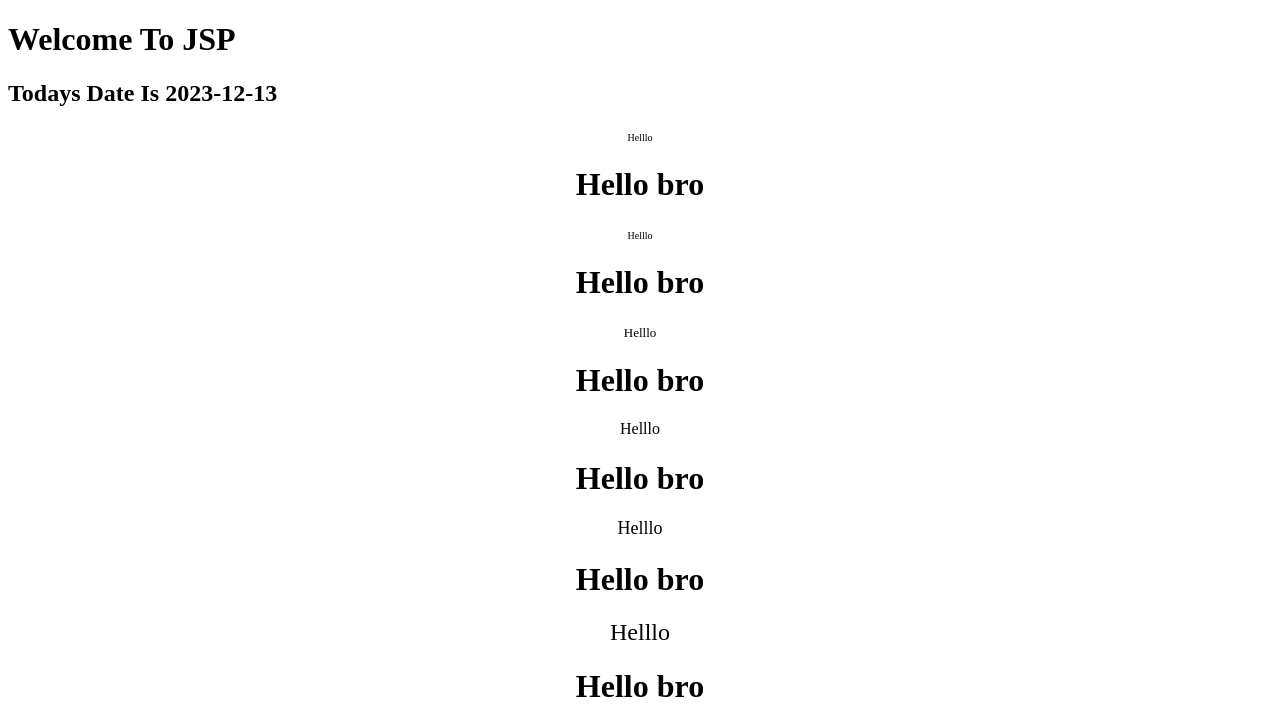
Repository: yashdpatil/Advanced_java
Page: http://localhost/MVC/Hello.jsp
The author's editor kept a copy of each file at every save. The page is drawn from the files as they stood at one save, then again after the next save.
The browser window is 1280 px wide. The pictures show the whole page.
The page is served by Tomcat 9. Other server files are loaded and not shown.

Above is the page before, as saved 2023-12-14 04:44:58.

### MVC/src/main/webapp/Hello.jsp
<%@page import="java.time.LocalDate"%>
<%@ page language="java" contentType="text/html; charset=ISO-8859-1"
    pageEncoding="ISO-8859-1"%>
<!DOCTYPE html>
<html>
<head>
<meta charset="ISO-8859-1">
<title>Insert title here</title>
</head>
<body>
<h1>Welcome To JSP</h1>
<% LocalDate date = LocalDate.now(); %>
<h2> Todays Date Is <%= date %></h2>

<center>
<%
for(int i =0;i<6;i++){
%>
<font size="<%= i %>">Helllo</font><br />
<h1> Hello bro</h1>
<%
}
%>
</center>

</body>
</html>

After the next save:
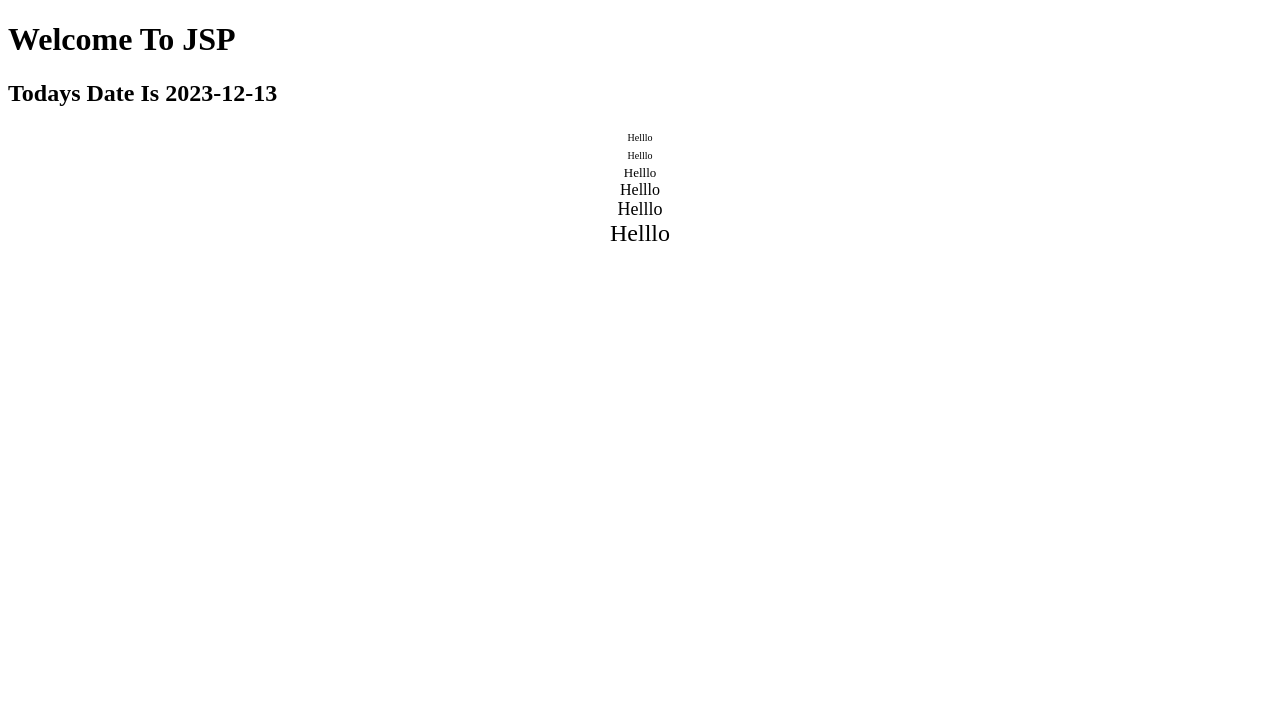
Saved 16 s later.
--- a/MVC/src/main/webapp/Hello.jsp
+++ b/MVC/src/main/webapp/Hello.jsp
@@ -17,7 +17,7 @@
 for(int i =0;i<6;i++){
 %>
 <font size="<%= i %>">Helllo</font><br />
-<h1> Hello bro</h1>
+
 <%
 }
 %>
